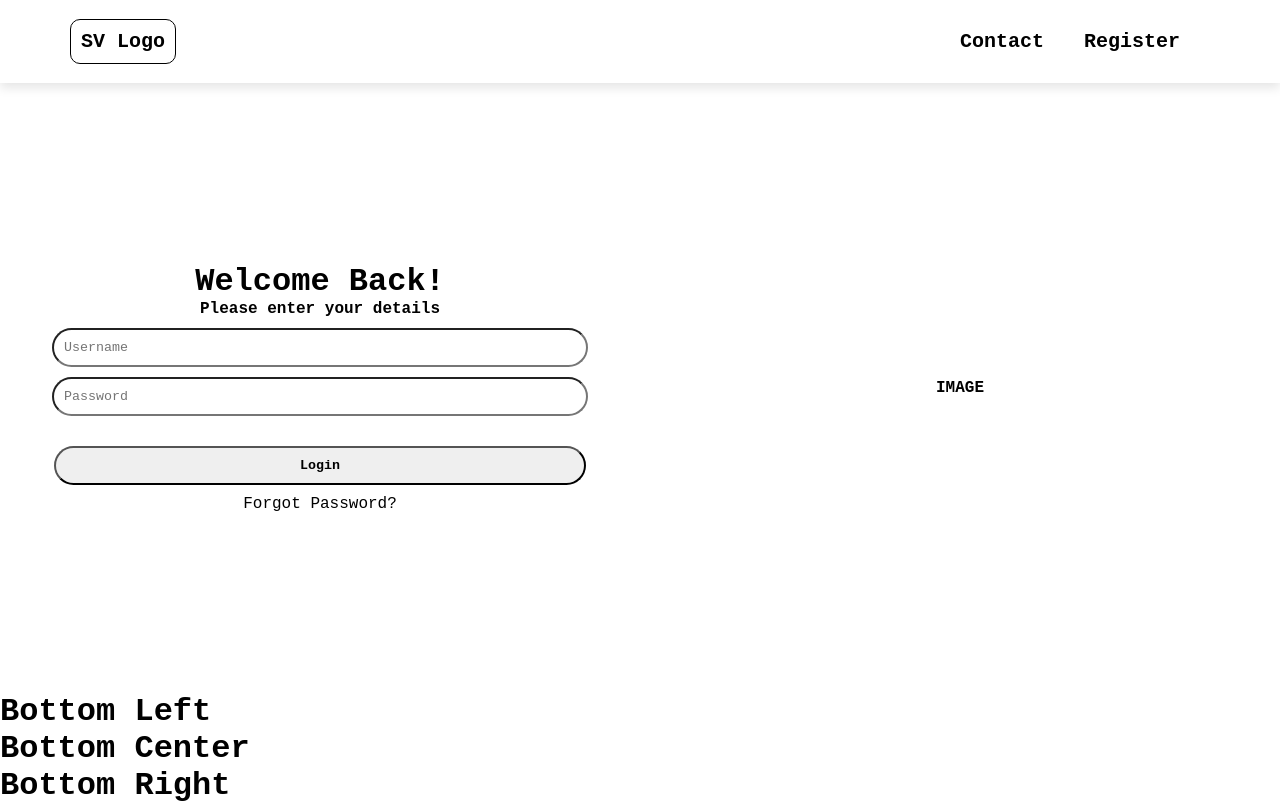
Repository: BuddhimaB/SecureVisionAI
Page: / (app in client/)
An editor plug-in stored every save of this project. The page is shown before and after a run of saves, followed by the edit.
The browser window is 1280 px wide. The pictures show the whole page.
The project was rebuilt for these pictures with package versions that can differ from the ones it lists, and the page was loaded fresh each time. Also part of the build but not shown: client/src/components/BottomDetails/Bottom.css.

Above is the page before, as saved 2024-07-13 19:21:28.

### client/public/index.html
<!DOCTYPE html>
<html lang="en">
  <head>
    <meta charset="utf-8" />
    <link rel="icon" href="%PUBLIC_URL%/favicon.ico" />
    <meta name="viewport" content="width=device-width, initial-scale=1" />

    <meta
      name="description"
      content="Web site created using create-react-app"
    />
    <link rel="preconnect" href="https://fonts.googleapis.com">
<link rel="preconnect" href="https://fonts.gstatic.com" crossorigin>
<link href="https://fonts.googleapis.com/css2?family=Roboto:ital,wght@0,100;0,300;0,400;0,500;0,700;0,900;1,100;1,300;1,400;1,500;1,700;1,900&display=swap" rel="stylesheet">
<link rel="stylesheet" href="style.css">
    <title>SecureVision App</title>
  </head>
  <body>
    <noscript>You need to enable JavaScript to run this app.</noscript>
    <div id="root"></div>

  </body>
</html>

### client/src/App.js
import Login from "./Pages/Login/login";

function App() {
  return (
    <div className="App">
      <Login />
    </div>
  );
}

export default App;

### client/src/Pages/Login/login.jsx
import './Login.css'
import Topbar from '../../components/Topbar/Topbar'
import Bottom from '../../components/BottomDetails/Bottom'

export default function Login() {
  return (
    <div>
      <Topbar />
      <div className='feedContainer'>
        <div className="feedLeft">
          <h1>Welcome Back!</h1>
          <h4> Please enter your details</h4>
          <div className="inputField">
          <input
          className='inputField'
          type="text"
          placeholder="Username" />

          <input className='inputField'
          type="password"
          placeholder="Password" />
          </div>
          <button className="loginButton">Login</button>
          <span>Forgot Password?</span>
        </div>

        <div className="feedRight">
          <h4>IMAGE</h4>

        </div>
        </div>
        <Bottom />
    </div>
  )
}

### client/src/Pages/Login/Login.css
.feedContainer{
    display: flex;
    justify-content: center;
    align-items: center;


}
.feedLeft{
    display: flex;
    flex-direction: column;
    justify-content: center;
    align-items: center;
    width: 50%;
    height: calc(100vh - 110px);

}
.inputField{
    display: flex;
    justify-content: center;
    align-items: center;
    flex-direction: column;
    margin-bottom: 10px;
    padding: 10px;
    border-radius: 40px;
    width: 80%;
}
.inputField > input{
    width: 100%;
    padding: 10px;


    margin-bottom: 10px;
}
.loginButton{
    padding: 10px;
    border-radius: 40px;
    width: 83%;

    color:black;
    font-weight: 700;
    cursor: pointer;
    margin-bottom: 10px;
}
.loginButton:hover{
    background-color: #9b1cc2;
    color:white
}
.feedRight{
    display: flex;
    justify-content: center;
    align-items: center;
    width: 50%;
    height: calc(100vh - 1100px);
    background-color: #fff;
}

### client/src/components/Topbar/Topbar.jsx
import './Topbar.css'

export default function Topbar() {
  return (
    <div className='topbarContainer'>
        <div className="topbarLeft">
            <span className="logo">SV Logo</span>
        </div>

        <div className="topbarRight">
            <div className="topbarLinks">
                <span className="topbarLink">Contact</span>
                <span className="topbarLink">Register</span>
            </div>

        </div>

    </div>
  )
}

### client/src/components/BottomDetails/Bottom.jsx
import './Bottom.css'

export default function Bottom() {
  return (
    <div className='bottomContainer'>
        <div className='bottomLeft'>
            <h1>Bottom Left</h1>
        </div>
        <div className='bottomCenter'>
            <h1>Bottom Center</h1>
        </div>
        <div className='bottomRight'>
            <h1>Bottom Right</h1>
        </div>



    </div>
  )
}

### client/src/components/Topbar/Topbar.css
.topbarContainer{
    display: flex;
    justify-content: space-between;
    align-items: center;
    top: 0;
    z-index: 999;
    padding: 30px;
    background-color: #fff;
    box-shadow: 0 5px 10px rgba(0, 0, 0, 0.1);
    position: sticky;
}
.logo{
    font-size: 20px;
    font-weight: 700;
    border: 1px solid #000;
    padding: 10px;
    border-radius: 10px;
    margin-left: 40px;
}
.topbarRight{
    display: flex;
    align-items: center;
    margin-right: 40px;

}
.topbarLink{
    margin-right: 20px;
    font-size: 20px;
    font-weight: 700;
    padding: 10px;
    border-radius: 10px;
    cursor: pointer;
}
.topbarLink:hover{
    background-color: #9b1cc2;
    color: white;
}

### client/public/style.css
*{
    margin: 0;
    font-family: 'Courier New', Courier, monospace;
}

Loaded but not shown: client/src/index.js (common file)

After the next 2 saves:
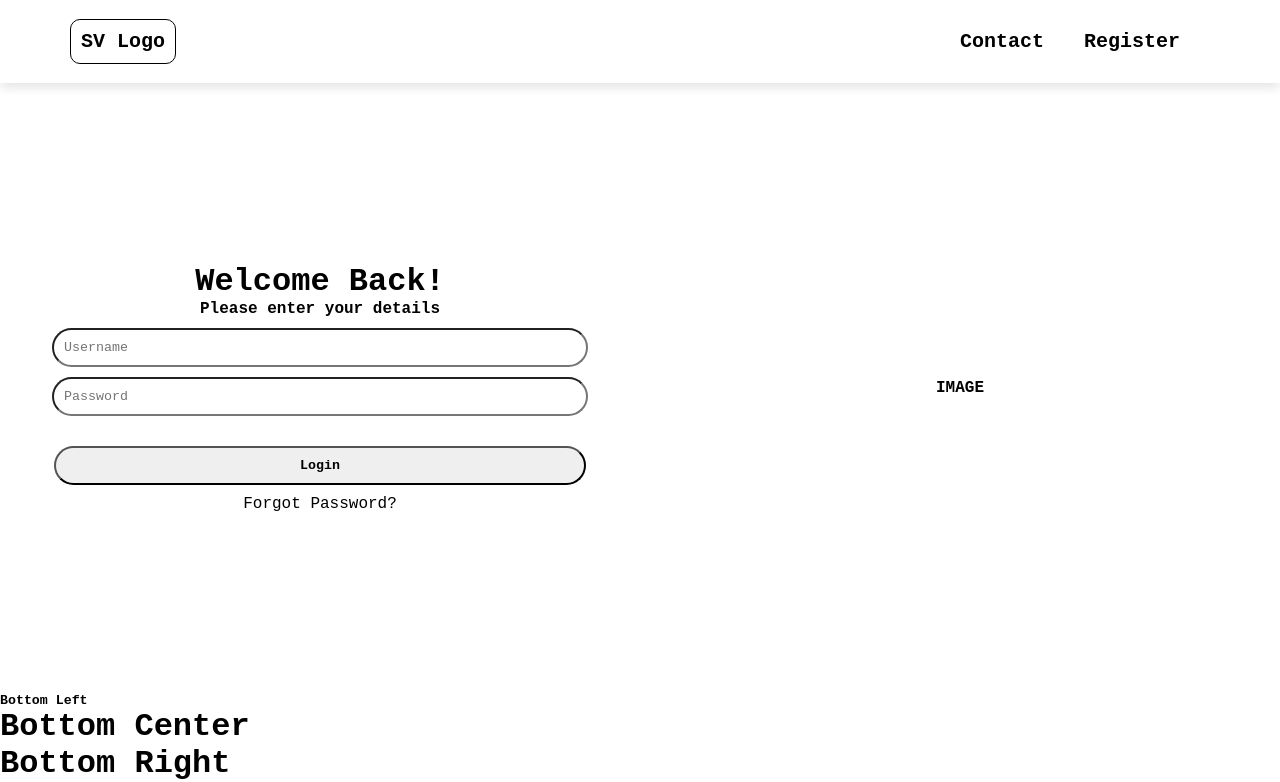
The 2 saves are shown as one change because 1 did not build or start.
The last was saved 14 s later.
--- a/client/src/components/BottomDetails/Bottom.jsx
+++ b/client/src/components/BottomDetails/Bottom.jsx
@@ -4,7 +4,7 @@ export default function Bottom() {
   return (
     <div className='bottomContainer'>
         <div className='bottomLeft'>
-            <h1>Bottom Left</h1>
+            <h5>Bottom Left</h5>
         </div>
         <div className='bottomCenter'>
             <h1>Bottom Center</h1>
